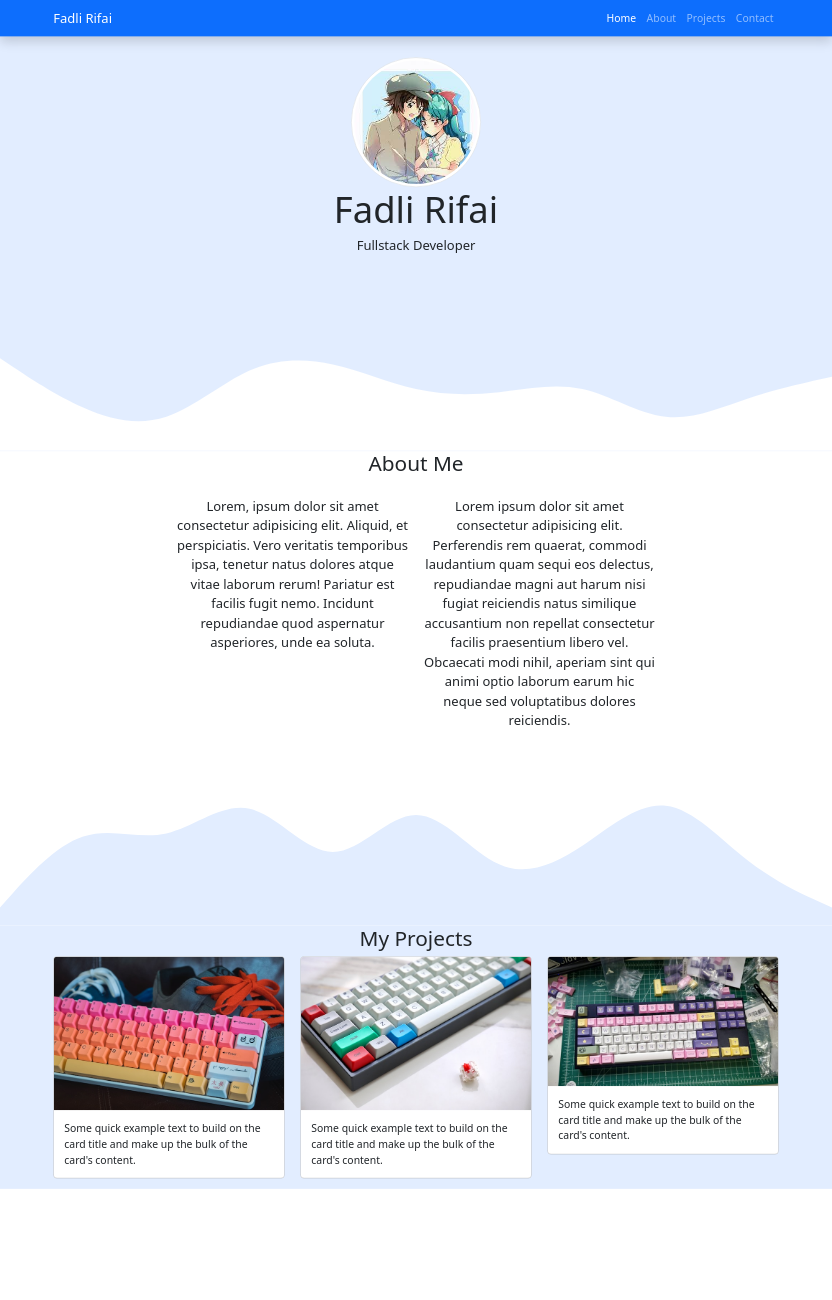
Repository: fadlyyy/fadli-dev.github.io
Page: index.html
An editor plug-in stored every save of this project. The page is shown before and after the next save, followed by the edit.
The browser window is 1280 px wide. The pictures show the whole page, at 65% of full size.

Above is the page before, as saved 2024-01-19 11:40:46.

After the next save:
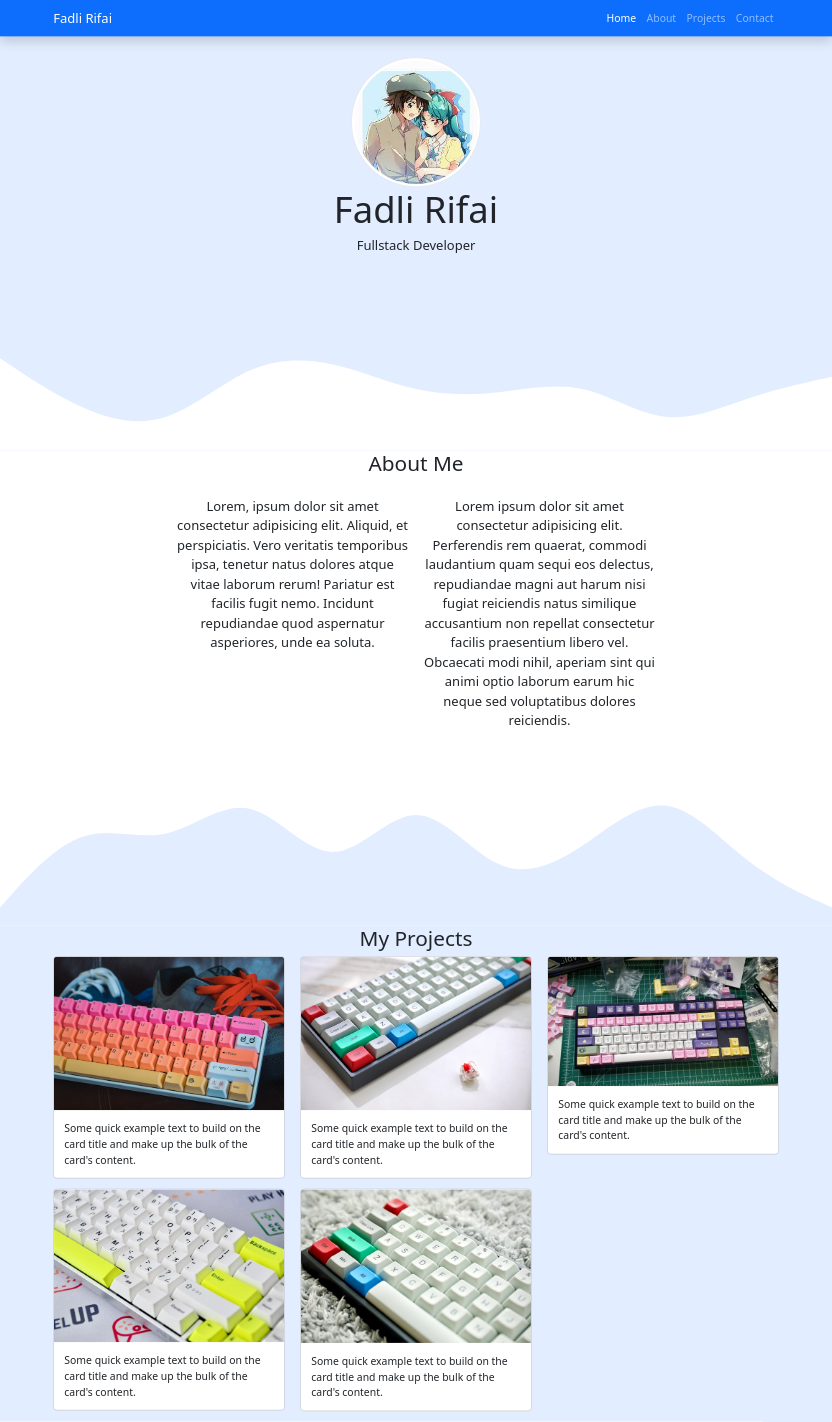
Saved 3 min 50 s later.
--- a/index.html
+++ b/index.html
@@ -116,6 +116,22 @@
               </div>
             </div>
           </div>
+          <div class="col-md-4 mb-3">
+            <div class="card">
+              <img src="img/projects/Projects4.jpg" class="card-img-top" alt="..." />
+              <div class="card-body">
+                <p class="card-text">Some quick example text to build on the card title and make up the bulk of the card's content.</p>
+              </div>
+            </div>
+          </div>
+          <div class="col-md-4 mb-3">
+            <div class="card">
+              <img src="img/projects/Projects5.jpg" class="card-img-top" alt="..." />
+              <div class="card-body">
+                <p class="card-text">Some quick example text to build on the card title and make up the bulk of the card's content.</p>
+              </div>
+            </div>
+          </div>
         </div>
       </div>
     </section>
